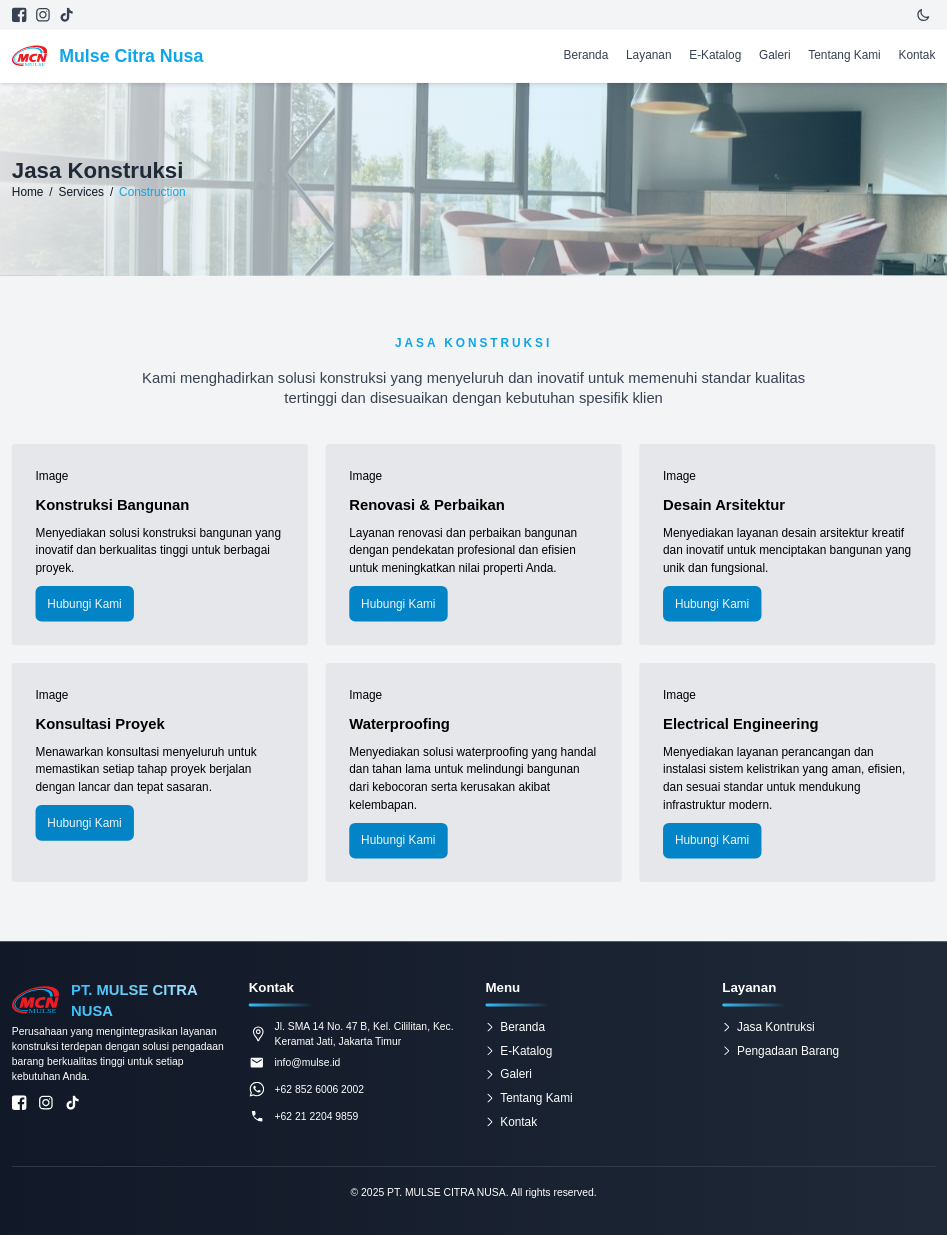
Repository: PrasBaldin/next-mulse
Page: /services/construction
An editor plug-in stored every save of this project. The page is shown before and after the next save, followed by the edit.
The browser window is 1280 px wide. The pictures show the whole page, at 74% of full size.
The project was rebuilt for these pictures with package versions that can differ from the ones it lists, and the page was loaded fresh each time. The framework's server and built-in components were replaced by stand-ins that run in the browser. Also part of the build but not shown: next.config.ts.

Above is the page before, as saved 2025-02-26 13:55:57.

### app/layout.tsx
import type { Metadata } from "next";
import { Geist, Geist_Mono } from "next/font/google";
import "./globals.css";
import Navbar from "@/components/navbar";
import Footer from "@/components/footer";

const geistSans = Geist({
  variable: "--font-geist-sans",
  subsets: ["latin"],
});

const geistMono = Geist_Mono({
  variable: "--font-geist-mono",
  subsets: ["latin"],
});

export const metadata: Metadata = {
  title: "Mulse",
  description: "Selamat datang di PT. Mulse Citra Nusa, kami menyediakan barang dan jasa sesuai kebutuhan Anda.",
};

export default function RootLayout({
  children,
}: Readonly<{
  children: React.ReactNode;
}>) {
  return (
    <html lang="en">
      <body className={`${geistSans.variable} ${geistMono.variable} antialiased`} >
        <Navbar />
        {children}
        <Footer />
      </body>
    </html>
  );
}

### app/services/construction/page.tsx
import Link from "next/link";
import IconTools from "../../_assets/servicesIcon/iconConstruction";
import IconRenovation from "../../_assets/servicesIcon/iconRenovation";
import IconDesign from "../../_assets/servicesIcon/iconDesign";
import IconConsultation from "../../_assets/servicesIcon/iconConsultation";
import IconWaterproofing from "../../_assets/servicesIcon/iconWaterproofing";
import IconElectrical from "../../_assets/servicesIcon/iconElectrical";

const ConstructionPage = () => {
  const services = [
    {
      icon: IconTools,
      title: "Konstruksi Bangunan",
      desc: "Menyediakan solusi konstruksi bangunan yang inovatif dan berkualitas tinggi untuk berbagai proyek.",
    },
    {
      icon: IconRenovation,
      title: "Renovasi & Perbaikan",
      desc: "Layanan renovasi dan perbaikan bangunan dengan pendekatan profesional dan efisien untuk meningkatkan nilai properti Anda.",
    },
    {
      icon: IconDesign,
      title: "Desain Arsitektur",
      desc: "Menyediakan layanan desain arsitektur kreatif dan inovatif untuk menciptakan bangunan yang unik dan fungsional.",
    },
    {
      icon: IconConsultation,
      title: "Konsultasi Proyek",
      desc: "Menawarkan konsultasi menyeluruh untuk memastikan setiap tahap proyek berjalan dengan lancar dan tepat sasaran.",
    },
    {
      icon: IconWaterproofing,
      title: "Waterproofing",
      desc: "Menyediakan solusi waterproofing yang handal dan tahan lama untuk melindungi bangunan dari kebocoran serta kerusakan akibat kelembapan.",
    },
    {
      icon: IconElectrical,
      title: "Electrical Engineering",
      desc: "Menyediakan layanan perancangan dan instalasi sistem kelistrikan yang aman, efisien, dan sesuai standar untuk mendukung infrastruktur modern.",
    },
  ];

  return (
    <>
      <section className="mt-[72px] lg:mt-[112px]">
        <div className="banner">
          <div className="banner-mask"></div>
          <div className="container z-[1] relative">
            <div className="banner-content">
              <h4 className="text-3xl font-bold text-gray-800 dark:text-gray-100 transition duration-500 ease-in-out">
                Jasa Konstruksi
              </h4>
              <ul className="breadcrumbs">
                <li>
                  <Link
                    href="/"
                    className="text-gray-900 dark:text-gray-100 transition duration-500 ease-in-out"
                  >
                    Home
                  </Link>
                </li>
                <li className="text-gray-900 dark:text-gray-100 transition duration-500 ease-in-out">
                  /
                </li>
                <li>
                  <Link
                    href="/"
                    className="text-gray-900 dark:text-gray-100 transition duration-500 ease-in-out"
                  >
                    Services
                  </Link>
                </li>
                <li className="text-gray-900 dark:text-gray-100 transition duration-500 ease-in-out">
                  /
                </li>
                <li>
                  <Link href="/gallery" className="text-sky-500">
                    Construction
                  </Link>
                </li>
              </ul>
            </div>
          </div>
        </div>
      </section>
      <section className="py-20">
        <div className="container">
          <div className="mb-10 text-center">
            <h4 className="mb-3 text-sky-500 font-semibold tracking-[.25em] uppercase">
              Jasa Konstruksi
            </h4>
            <h3 className="py-2 my-2 mx-auto w-full md:w-3/4 text-gray-700 dark:text-gray-100 transition duration-500 ease-in-out text-xl">
              Kami menghadirkan solusi konstruksi yang menyeluruh dan inovatif
              untuk memenuhi standar kualitas tertinggi dan disesuaikan dengan
              kebutuhan spesifik klien
            </h3>
          </div>
          <div className="service-content grid grid-cols-2 md:grid-cols-3 gap-6">
            {services.map((service, index) => (
              <div key={index} className="card bg-gray-200 rounded p-8">
                <div className="card-img pb-3">
                  <span>Image</span>
                </div>
                <div className="card-title text-xl font-semibold pb-3">
                  <h4>{service.title}</h4>
                </div>
                <div className="card-desc pb-3">
                  <p>{service.desc}</p>
                </div>
                <button className="btn btn-primary">Hubungi Kami</button>
              </div>
            ))}
          </div>
        </div>
      </section>
    </>
  );
};

export default ConstructionPage;

### app/globals.css
@tailwind base;
@tailwind components;
@tailwind utilities;

:root {
  --background: #ffffff;
  --foreground: #171717;
}

@media (prefers-color-scheme: dark) {
  :root {
    --background: #0a0a0a;
    --foreground: #ededed;
  }
}

body {
  font-family: Arial, Helvetica, sans-serif;
  @apply bg-gray-100 dark:bg-gray-700;
}

.container {
  @apply mx-auto px-4;
}

.btn {
  @apply px-4 py-3 rounded-lg transition duration-500 ease-in-out;
}

.btn-primary {
  @apply bg-sky-600 hover:bg-sky-700 dark:hover:bg-sky-700 text-gray-100 hover:text-gray-300;
}

.btn-secondary {
  @apply bg-gray-100 hover:bg-gray-300 dark:hover:bg-gray-300 text-gray-800;
}

.btn-primary-border {
  @apply bg-transparent hover:bg-sky-500 dark:hover:bg-sky-500 border-2 border-sky-500 text-sky-500 dark:text-sky-500 hover:text-white dark:hover:text-white;
}

.banner {
  background-image: url("/img/banner-2.jpg");
  background-size: cover;
  @apply py-[100px] relative;
}

.banner-mask {
  @apply absolute inset-0 bg-gradient-to-r from-gray-100/90 to-sky-500/20 dark:from-gray-800/90 dark:to-sky-500/20 transition duration-500 ease-in-out z-[0];
}

.breadcrumbs {
  @apply flex gap-2 font-medium;
}

### components/navbar.css
.utility-bar {
  @apply hidden lg:block absolute top-0 w-full py-1 bg-gray-100 dark:bg-gray-700 transition duration-500 ease-in-out z-10;
}

.utility-content {
  @apply w-auto flex gap-2;
}

.social-media-link {
  @apply mr-3 text-gray-700 dark:text-gray-100 hover:text-sky-500 dark:hover:text-sky-500 transition duration-300;
}

.navbar {
  @apply bg-white dark:bg-gray-800 transition duration-500 ease-in-out shadow-md top-0 lg:top-[40px] fixed lg:absolute w-full z-20;
}

.nav-link {
  @apply text-gray-700 hover:text-sky-500 dark:hover:text-sky-500 dark:text-gray-100 py-5 transition duration-500 ease-in-out border-b-2 border-transparent hover:border-sky-500 flex items-center;
}

.nav-dropdown {
  @apply bg-white dark:bg-gray-800 absolute top-[4rem] -left-2 w-auto pt-2 p-3 border-2 border-sky-300 dark:border-sky-800 border-t-sky-500 dark:border-t-sky-500 shadow-xl rounded-lg overflow-visible transition-all duration-300 transform;
}

.nav-link-dropdown {
  @apply text-gray-700 hover:text-sky-500 dark:hover:text-sky-500 dark:text-gray-100 pt-2 pb-1 transition duration-500 ease-in-out hover:bg-gray-100 dark:hover:bg-gray-700 rounded border-b border-gray-200 hover:border-sky-500 block mt-2 px-2;
}

.nav-link-mobile {
  @apply hover:bg-gray-100 dark:hover:bg-gray-700 text-gray-700 hover:text-sky-500 dark:hover:text-sky-500 dark:text-gray-100 py-2 pl-2 border-b border-gray-200 hover:border-sky-500 rounded transition;
}

.hamburger {
  @apply absolute w-6 h-[3px] bg-gray-800 dark:bg-gray-100 rounded transition duration-500 ease-in-out;
}

.dropdown-arrow {
  @apply border-b-2 border-r-2 border-gray-700 dark:border-gray-100 ml-2 w-3 h-3 transition duration-500 ease-in-out;
}

.nav-link-mobile:hover .dropdown-arrow {
  @apply border-sky-500;
}

### components/toggleDarkMode.tsx
"use client";
import { useState, useEffect } from "react";
import IconDarkMode from "../app/_assets/icon/iconDarkmode";
import IconLightMode from "../app/_assets/icon/iconLightmode";

import "./toggleDarkMode.css";

const ToggleDarkMode = () => {
  const [isDarkMode, setIsDarkMode] = useState(false);
  useEffect(() => {
    const storedTheme = localStorage.getItem("theme");
    setIsDarkMode(storedTheme === "dark");
  }, []);

  useEffect(() => {
    if (isDarkMode) {
      document.documentElement.classList.add("dark");
      localStorage.setItem("theme", "dark");
    } else {
      document.documentElement.classList.remove("dark");
      localStorage.setItem("theme", "light");
    }
  }, [isDarkMode]);

  return (
    <>
      {/* Mobile */}
      <button
        onClick={() => setIsDarkMode(!isDarkMode)}
        className="lg:hidden btn h-11 flex items-center"
        style={{ padding: ".5rem" }}
      >
        <div className="block">
          <div className="absolute flex items-center gap-2">
            <div
              className={`toggle-dark-mode-mobile gap-2 ${
                isDarkMode ? "opacity-100 rotate-0" : "opacity-0 rotate-90"
              }`}
            >
              <IconLightMode />
            </div>
            <span
              className={`text-gray-700 dark:text-gray-300 ${
                isDarkMode ? "opacity-100" : "opacity-0"
              }`}
            >
              Light Mode
            </span>
          </div>
          <div className="flex items-center gap-2">
            <div
              className={`toggle-dark-mode-mobile gap-2 ${
                isDarkMode ? "opacity-0 -rotate-90" : "opacity-100 rotate-0"
              }`}
            >
              <IconDarkMode />
            </div>
            <span
              className={`text-gray-700 dark:text-gray-300 ${
                isDarkMode ? "opacity-0" : "opacity-100"
              }`}
            >
              Night Mode
            </span>
          </div>
        </div>
      </button>

      {/* Desktop */}
      <button
        onClick={() => setIsDarkMode(!isDarkMode)}
        className="btn hidden lg:block btn w-8 h-8 relative overflow-hidden"
      >
        <div
          className={`toggle-dark-mode ${
            isDarkMode ? "opacity-100 rotate-0" : "opacity-0 rotate-90"
          }`}
        >
          <IconLightMode />
        </div>
        <div
          className={`toggle-dark-mode ${
            isDarkMode ? "opacity-0 -rotate-90" : "opacity-100 rotate-0"
          }`}
        >
          <IconDarkMode />
        </div>
      </button>
    </>
  );
};

export default ToggleDarkMode;

### components/footer.css
footer table tr a {
    @apply transition duration-300
}

footer table tr:hover a {
    @apply text-sky-400
}

### app/_assets/icon/iconDarkmode.tsx
import React from "react";

const IconDarkmode = () => {
    return (
        <svg xmlns="http://www.w3.org/2000/svg" className="h-5 w-5 text-gray-700 dark:text-gray-100" fill="none" viewBox="0 0 24 24" stroke="currentColor">
            <path strokeLinecap="round" strokeLinejoin="round" strokeWidth={2} d="M20.354 15.354A9 9 0 018.646 3.646 9.003 9.003 0 0012 21a9.003 9.003 0 008.354-5.646z" />
        </svg>
    )
}

export default IconDarkmode

### app/_assets/icon/iconLightmode.tsx
import React from "react";

const IconLightMode = () => {
    return (
        <svg xmlns="http://www.w3.org/2000/svg" className="h-5 w-5 text-gray-100" fill="none" viewBox="0 0 24 24" stroke="currentColor">
            <path strokeLinecap="round" strokeLinejoin="round" strokeWidth="2" d="M12 3v1m0 16v1m9-9h-1M4 12H3m15.364 6.364l-.707-.707M6.343 6.343l-.707-.707m12.728 0l-.707.707M6.343 17.657l-.707.707" />
            <circle cx="12" cy="12" r="3" stroke="currentColor" strokeWidth="2" fill="none" />
        </svg>
    )
}

export default IconLightMode

### components/toggleDarkMode.css
.toggle-dark-mode {
    @apply absolute top-0 bottom-0 left-0 right-0 flex items-center justify-center transition-all duration-500 transform
}

.toggle-dark-mode-mobile {
    @apply flex items-center justify-center transition-all duration-500 transform
}

### tailwind.config.ts
import type { Config } from "tailwindcss";

export default {
  darkMode: 'class',
  content: [
    "./pages/**/*.{js,ts,jsx,tsx,mdx}",
    "./components/**/*.{js,ts,jsx,tsx,mdx}",
    "./app/**/*.{js,ts,jsx,tsx,mdx}"
  ],
  theme: {
    extend: {
      width: {
        '11': '2.75rem',
      },
      height: {
        '11': '2.75rem',
      },
      colors: {
        background: "var(--background)",
        foreground: "var(--foreground)",
      },
    },
  },
  plugins: [],
} satisfies Config;

### app/_assets/servicesIcon/iconConstruction.tsx
import React from "react";

const IconConstruction = () => {
  return (
    <svg
      className="w-10 h-10"
      fill="currentColor"
      version="1.1"
      xmlns="http://www.w3.org/2000/svg"
      xmlnsXlink="http://www.w3.org/1999/xlink"
      viewBox="0 0 512 512"
      xmlSpace="preserve"
    >
      <g>
        <path d="M360.102,240.012l10.156-10.266c0,0,15.609-13.406,33.406-7.328c30.984,10.578,66.781-0.875,91.609-25.734 c7.063-7.063,15.641-21.234,15.641-21.234c0.984-1.344,1.328-3.047,0.922-4.672l-1.922-7.906c-0.359-1.484-1.313-2.75-2.625-3.531 c-1.313-0.766-2.891-0.969-4.344-0.547l-60.984,16.969c-2.266,0.625-4.688-0.219-6.063-2.109l-28.015-38.594 c-0.859-1.172-1.219-2.641-1.016-4.063l5.641-41c0.297-2.234,1.891-4.047,4.063-4.656l64.406-17.922 c2.906-0.813,4.672-3.813,3.953-6.766l-2.547-10.359c-0.344-1.469-1.281-2.719-2.563-3.5c0,0-5.047-3.344-8.719-5.234 c-36.578-18.891-82.64-13.031-113.312,17.656c-22.656,22.656-31.531,53.688-27.375,83.156c3.203,22.656,1.703,34.703-8.078,45.047 c-0.891,0.922-3.703,3.734-8.047,8L360.102,240.012z" />
        <path d="M211.383,295.418C143.024,361.652,68.461,433.715,68.461,433.715c-2.547,2.438-4,5.797-4.047,9.313 c-0.047,3.5,1.344,6.891,3.813,9.375l31.938,31.938c2.5,2.484,5.875,3.859,9.391,3.813c3.516-0.031,6.859-1.5,9.281-4.031 l139.328-140.953L211.383,295.418z" />
        <path d="M501.43,451.371c2.484-2.484,3.859-5.859,3.813-9.375c-0.031-3.516-1.5-6.859-4.031-9.297L227.415,166.246 l-43.953,43.969L450.805,483.09c2.438,2.547,5.781,4,9.297,4.047s6.891-1.344,9.391-3.828L501.43,451.371z" />
        <path d="M254.196,32.621c-32.969-12.859-86.281-14.719-117.156,16.141c-24.313,24.313-59.875,59.891-59.875,59.891 c-12.672,12.656-0.906,25.219-10.266,34.563c-9.359,9.359-24.313,0-32.734,8.422L3.29,182.527c-4.391,4.375-4.391,11.5,0,15.891 l43.016,43.016c4.391,4.391,11.516,4.391,15.906,0l30.875-30.875c8.438-8.422-0.938-23.375,8.438-32.719 c12.609-12.625,26.375-10.484,34.328-2.547l15.891,15.891l17.219,4.531l43.953-43.953l-5.063-16.688 c-14.016-14.031-16.016-30.266-7.234-39.047c13.594-13.594,36.047-33.234,57.078-41.656 C271.102,49.012,267.055,35.668,254.196,32.621z M194.571,103.48c-0.063,0.047,5.859-7.281,5.969-7.375L194.571,103.48z" />
      </g>
    </svg>
  );
};

export default IconConstruction;

### app/_assets/servicesIcon/iconRenovation.tsx
import React from "react";

const IconRenovation = () => {
  return (
    <svg
      className="w-10 h-10"
      fill="currentColor"
      viewBox="0 0 512 512"
      version="1.1"
      xmlSpace="preserve"
      xmlns="http://www.w3.org/2000/svg"
      xmlnsXlink="http://www.w3.org/1999/xlink"
    >
      <g>
        <g>
          <polygon points="227.441,282 223.678,327 288.322,327 284.559,282   " />
          <path d="M299.721,462l-9.718-115h-68.006l-9.718,115c-0.003,0.036-0.007-0.022-0.01,0.014 c-1.188,12.473,2.8,24.401,11.229,33.67c8.429,9.271,19.972,14.352,32.501,14.352c12.529,0,24.072-5.117,32.501-14.387 c8.429-9.27,12.417-21.157,11.229-33.63C299.727,461.983,299.724,462.036,299.721,462z M266,466.177c0,5.502-4.498,9.963-10,9.963 c-5.502,0-10-4.461-10-9.963v-10.959c0-5.502,4.498-9.963,10-9.963c5.502,0,10,4.461,10,9.963V466.177z" />
          <path d="M363.949,2l-33.743,100.914c-1.403,4.199-5.396,6.947-9.831,6.777c-4.423-0.17-8.204-3.207-9.281-7.5 L285.944,2H228v108.512c0,5.502-4.498,9.963-10,9.963c-5.502,0-10-4.46-10-9.963V2h-34v108.512c0,5.502-4.498,9.963-10,9.963 c-5.502,0-10-4.46-10-9.963V2h-49v163h302V2H363.949z" />
          <path d="M105,237.375c0,13.67,10.446,24.625,24.117,24.625h89.167h75.432h89.167 c13.67,0,24.117-10.954,24.117-24.625V185H105V237.375z" />
        </g>
      </g>
    </svg>
  );
};

export default IconRenovation;

### app/_assets/servicesIcon/iconConsultation.tsx
import React from "react";

const IconConsultation = () => {
  return (
    <svg
      className="w-10 h-10"
      fill="currentColor"
      viewBox="0 0 16 16"
      version="1.1"
      xmlns="http://www.w3.org/2000/svg"
      xmlnsXlink="http://www.w3.org/1999/xlink"
    >
      <path d="M16 11.1c0-1.5-1.5-2.8-3.2-3.3-1.3 1.5-3.9 2.4-6.4 2.4-0.1 0-0.3 0-0.4 0 0 0 0 0-0.1 0-0.1 0.3-0.1 0.5-0.1 0.8 0 2 2.2 3.6 5 3.6 0.2 0 0.4 0 0.6 0 0.4 0.5 1.7 1.4 3.4 1.4 0 0-0.8-0.4-0.8-1.8 0 0 0 0 0 0 0-0.6 2-1.8 2-3.1z"></path>
      <path d="M13 4.6c0-2.5-2.8-4.6-6.4-4.6s-6.6 2.1-6.6 4.6c0 1.7 2 3.2 3 4 0 0 0 0 0 0 0 1.8-1.4 2.4-1.4 2.4 2.3 0 3.6-1.1 4.2-1.8 0.2 0 0.5 0 0.8 0 3.5 0.1 6.4-2 6.4-4.6z"></path>
    </svg>
  );
};

export default IconConsultation;

### app/_assets/servicesIcon/iconWaterproofing.tsx
import React from "react";

const IconWaterproofing = () => {
  return (
    <svg
      version="1.1"
      className="w-10 h-10"
      fill="currentColor"
      xmlns="http://www.w3.org/2000/svg"
      xmlnsXlink="http://www.w3.org/1999/xlink"
      viewBox="0 0 1200 1200"
      enableBackground="new 0 0 1200 1200"
      xmlSpace="preserve"
    >
      <path d="M175.901,775.15c1.34-84.942,24.997-161.363,67.555-227.438 c43.852-65.677,92.564-129.583,133.235-190.657c64.562-99.564,119.289-202.698,152.751-308.503 C541.073,15.363,567.479-3.406,600,0.513c36.243-2.225,61.341,17.08,70.558,48.04c35.234,114.567,91.42,214.71,153.502,308.503 c42.395,69.12,90.82,122.468,132.483,190.657c45.203,71.836,67.148,149.555,67.556,227.438 c-2.581,116.192-48.298,224.208-123.477,300.997C816.77,1156.717,706.456,1199.234,600,1200 c-116.136-2.474-223.853-48.567-300.247-123.852C219.352,992.028,176.667,881.708,175.901,775.15z M362.056,868.979 c2.782,61.17,51.377,105.853,105.836,106.588c61.717-2.731,105.123-52.149,105.837-106.588c0-21.519-5.505-40.283-16.514-56.297 c-12.101-15.747-24.03-32.046-33.776-47.664c-15.442-25.218-30.541-50.295-38.282-76.938c-2.001-10.009-7.756-14.262-17.265-12.761 c-9.008-2.002-15.013,2.252-18.015,12.761c-8.094,28.541-22.238,53.7-37.156,76.938c-10.493,17.509-23.069,31.136-34.151,47.664 C367.06,829.195,361.555,847.96,362.056,868.979z" />
    </svg>
  );
};

export default IconWaterproofing;

### app/_assets/servicesIcon/iconElectrical.tsx
import React from "react";

const IconElectrical = () => {
  return (
    <svg
      version="1.1"
      className="w-10 h-10"
      fill="currentColor"
      viewBox="0 0 56 56"
      xmlns="http://www.w3.org/2000/svg"
    >
      <path d="M 27.9999 51.9062 C 41.0546 51.9062 51.9063 41.0547 51.9063 28.0000 C 51.9063 14.9219 41.0312 4.0938 27.9765 4.0938 C 14.8983 4.0938 4.0937 14.9219 4.0937 28.0000 C 4.0937 41.0547 14.9218 51.9062 27.9999 51.9062 Z M 25.0468 42.3437 C 24.1562 43.4687 22.7030 42.8359 22.9609 41.4766 L 24.7421 31.7266 L 18.4140 31.7266 C 17.1249 31.7266 16.6796 30.6953 17.6874 29.4531 L 30.1562 13.5860 C 31.0468 12.4844 32.4999 13.1172 32.2655 14.4766 L 30.4609 24.2266 L 36.8124 24.2266 C 38.0780 24.2266 38.5234 25.2344 37.5390 26.4766 Z" />
    </svg>
  );
};

export default IconElectrical;

Loaded but not shown: components/footer.tsx (503 lines, source omitted); components/navbar.tsx (283 lines, source omitted); app/_assets/servicesIcon/iconDesign.tsx (26 lines, source omitted)

After the next save:
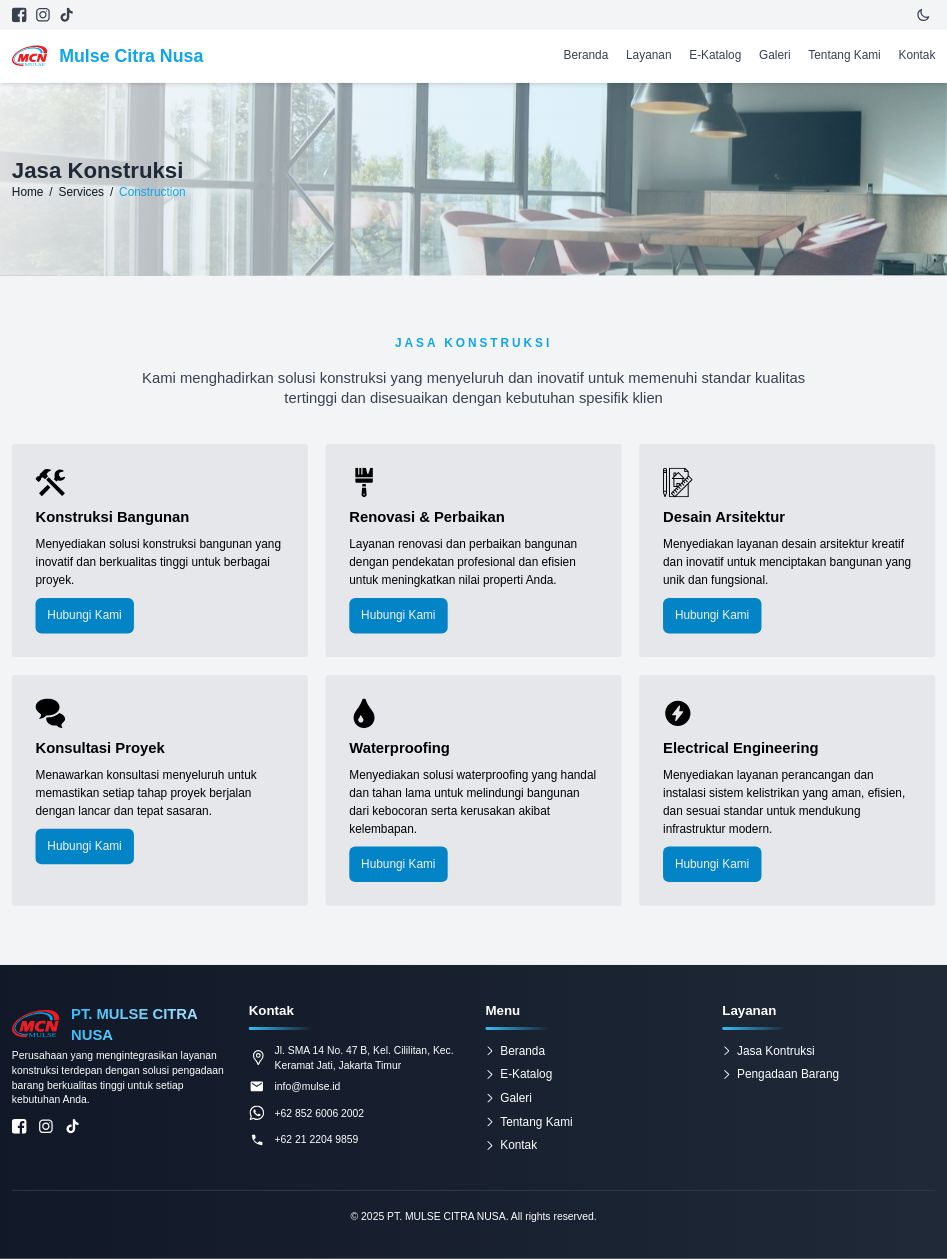
Saved 22 s later.
--- a/app/services/construction/page.tsx
+++ b/app/services/construction/page.tsx
@@ -99,7 +99,7 @@
             {services.map((service, index) => (
               <div key={index} className="card bg-gray-200 rounded p-8">
                 <div className="card-img pb-3">
-                  <span>Image</span>
+                  <service.icon />
                 </div>
                 <div className="card-title text-xl font-semibold pb-3">
                   <h4>{service.title}</h4>
